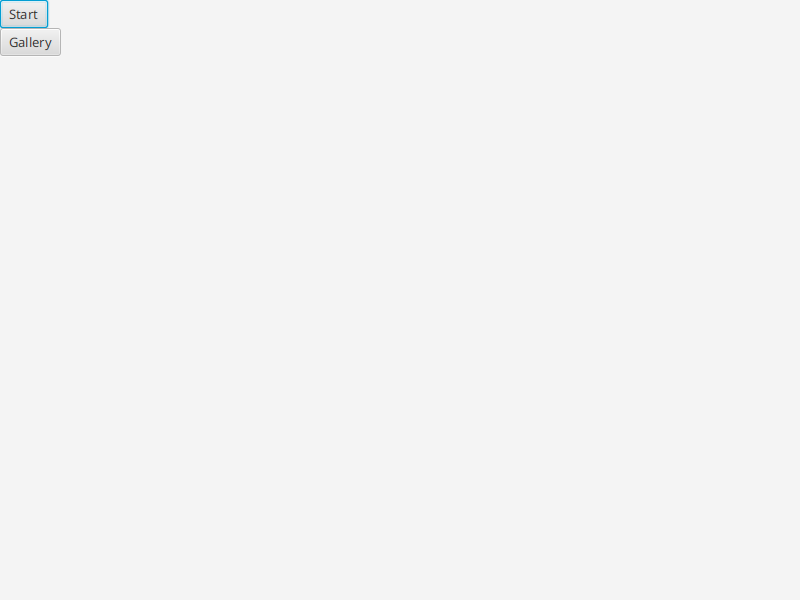
Repository: HT33376/curiouscats
Program's window: java curiouscats/src/main/java/meat/MainApp.java
An editor plug-in stored every save of this project. The program's window is shown before and after the next save, followed by the edit.
It runs on Java 21 on a 1366 x 768 screen with JavaFX 11; the title bar is not drawn.

Above is the program's window before, as saved 2025-06-11 23:52:18.

After the next save:
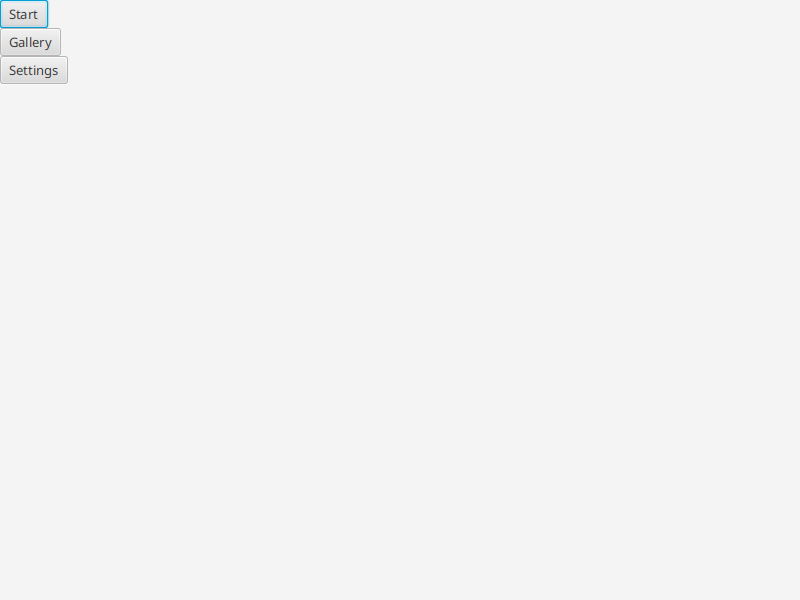
Saved 19 min 47 s later.
--- a/curiouscats/src/main/java/meat/MainApp.java
+++ b/curiouscats/src/main/java/meat/MainApp.java
@@ -17,9 +17,11 @@
 
         Button start = new Button("Start");
         Button gallery = new Button("Gallery");
+        Button settings = new Button("Settings");
 
-        VBox hbox = new VBox(start, gallery); // Create an HBox and add the button
-        Scene scene = new Scene(hbox, 800, 600);
+
+        VBox vbox = new VBox(start, gallery, settings); // Create an HBox and add the button
+        Scene scene = new Scene(vbox, 800, 600);
 
         stage.setScene(scene);
         stage.setTitle("JavaFX Maven App");
